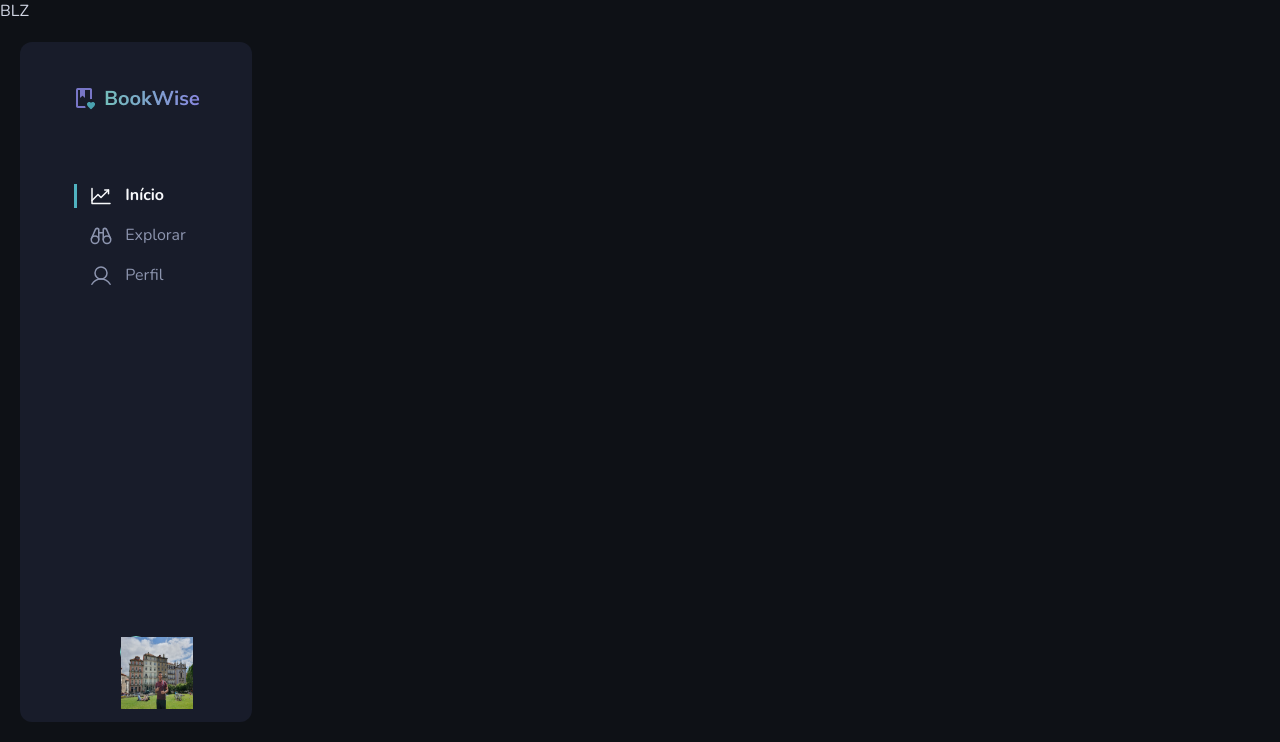
Repository: Giopol12/book-wise
Page: /index.page
These files come from the project's save history. The page is drawn as it stood at one moment and after the next save; the edit follows.
The browser window is 1280 px wide. The pictures show the whole page.
The project was rebuilt for these pictures with package versions that can differ from the ones it lists, and the page was loaded fresh each time. The framework's server and built-in components were replaced by stand-ins that run in the browser. Also part of the build but not shown: next.config.js.

Above is the page before, as saved 2023-10-17 16:41:18.

After the next save:
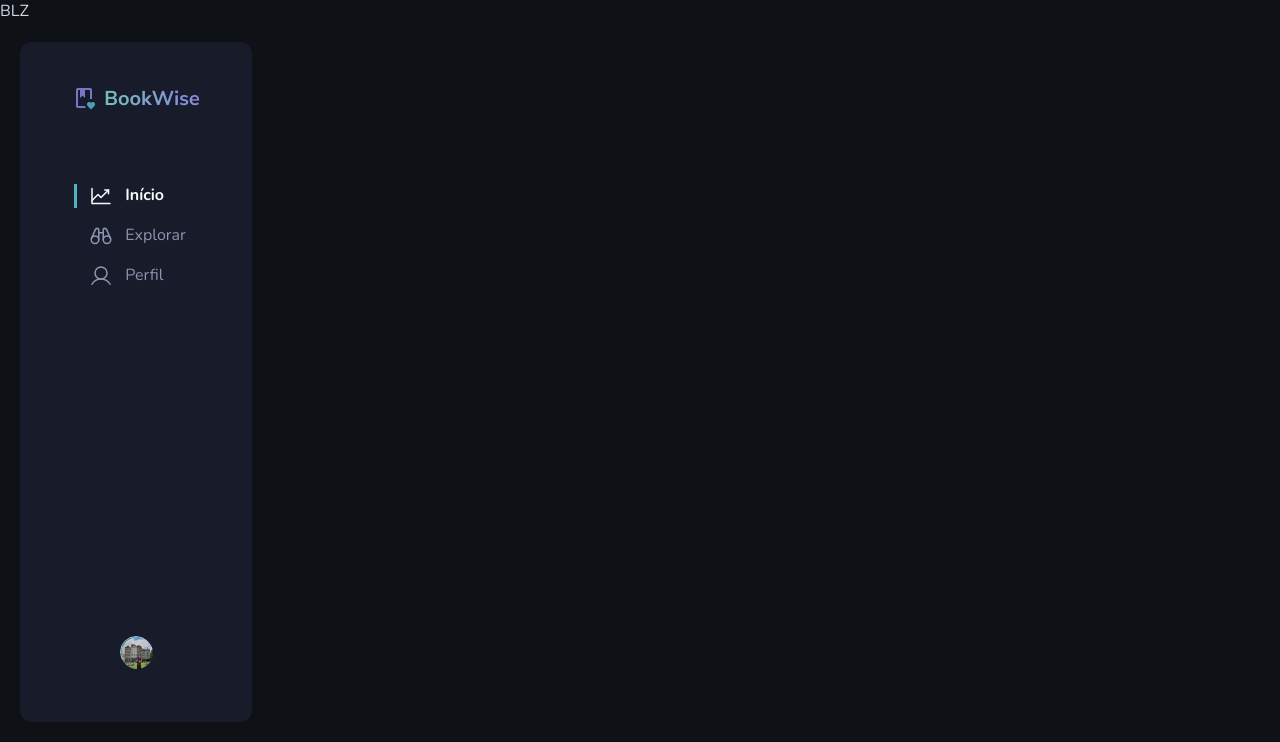
Saved 3 min 56 s later.
--- a/src/components/Avatar/styles.ts
+++ b/src/components/Avatar/styles.ts
@@ -7,6 +7,11 @@ export const AvatarContainer = styled('div', {
         width: 32,
         height: 32,
         borderRadius: '$full',
+        img: {
+          width: 32,
+          height: 32,
+          borderRadius: '$full',
+        },
       },
       md: {},
       lg: {},
